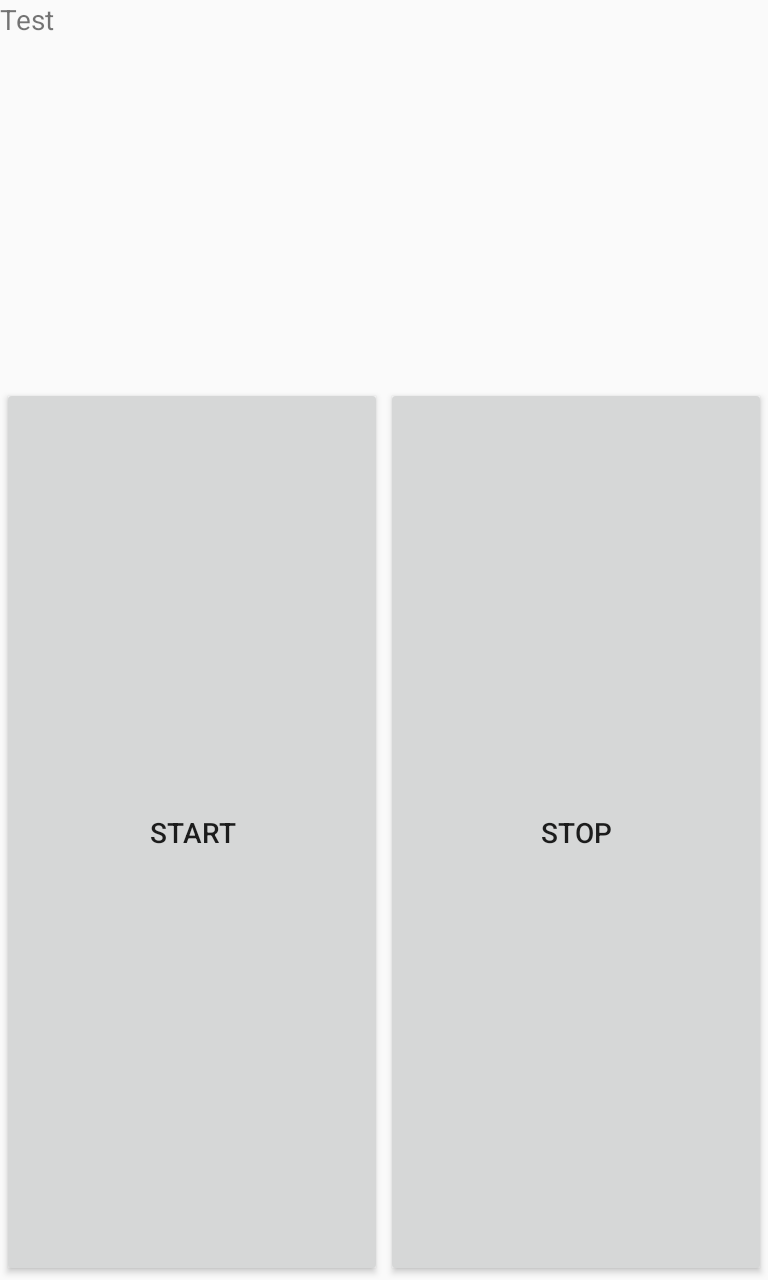
Repository: dev-sean/kosta
Layout: android/and1017/res/layout/ex1.xml
An editor plug-in stored every save of this project. The layout is shown before and after the next save, followed by the edit.
It is drawn on a 768 x 1280 px phone screen (xhdpi) without system bars, with theme AppTheme; the app's code is not run.

Above is the layout before, as saved 2014-10-17 01:22:39.

After the next save:
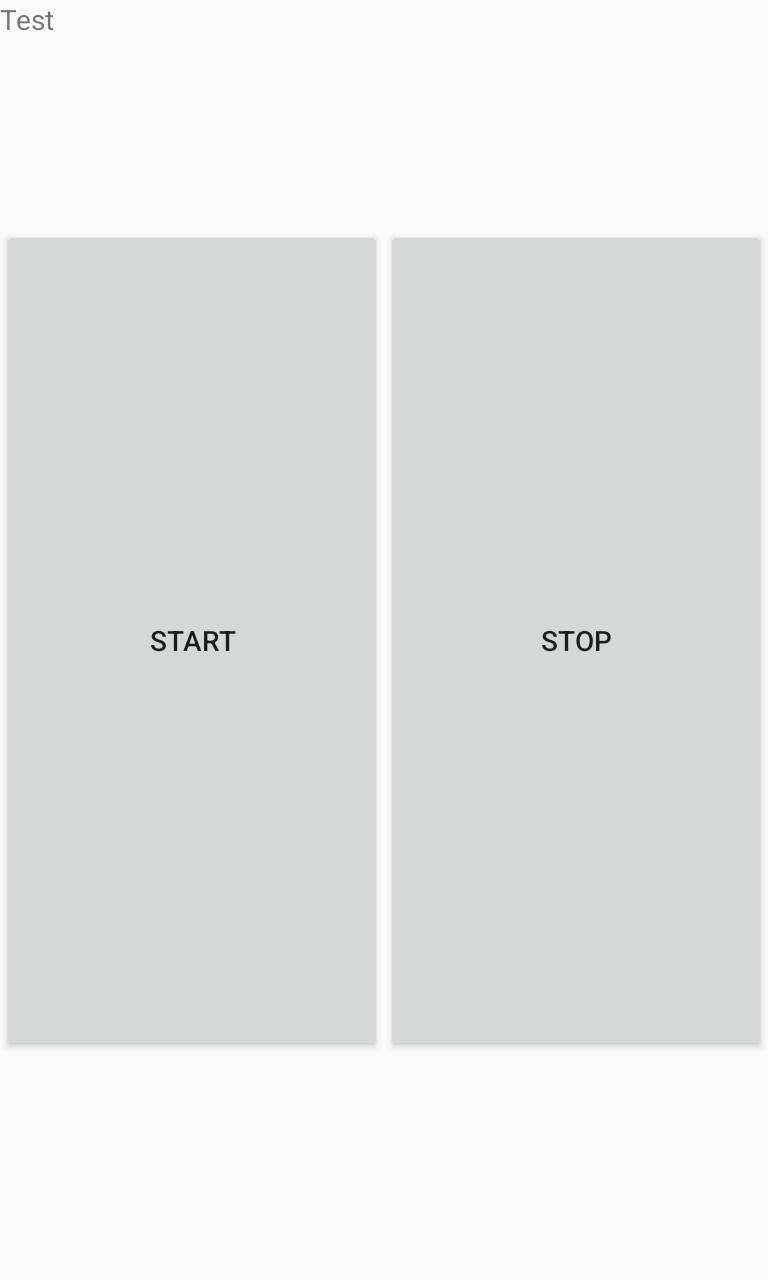
Saved 51 s later.
--- a/android/and1017/res/layout/ex1.xml
+++ b/android/and1017/res/layout/ex1.xml
@@ -21,14 +21,14 @@
         >
 
         <Button
-            android:id="@+/ex1_btn1"
+            android:id="@+id/ex1_btn1"
             android:layout_width="match_parent"
             android:layout_height="match_parent"
             android:layout_weight="50"
             android:text="Start"
             />
         <Button
-            android:id="@+/ex1_btn2"
+            android:id="@+id/ex1_btn2"
             android:layout_width="match_parent"
             android:layout_height="match_parent"
             android:layout_weight="50"
@@ -36,5 +36,11 @@
             />
 
     </LinearLayout>
-
+	<LinearLayout
+        android:layout_width="match_parent"
+        android:layout_height="match_parent"
+        android:layout_weight="70"
+        android:orientation="Vertical"
+        >
+        </LinearLayout>
 </LinearLayout>
